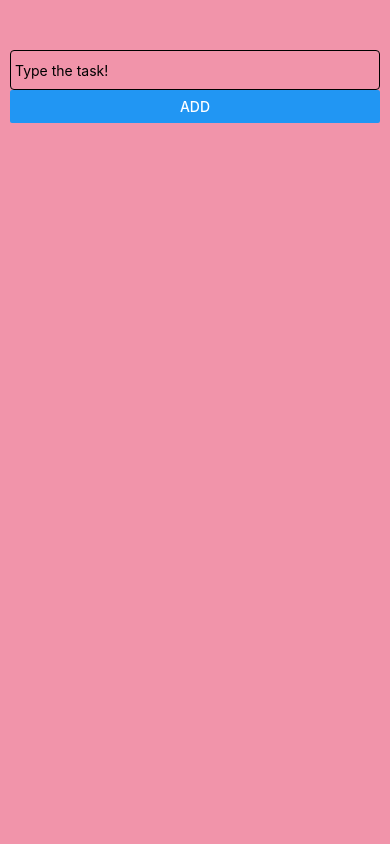
Repository: md-ateeq/ToDoApp
Screen: /
The author's editor kept a copy of each file at every save. The screen is drawn from the files as they stood at one save, then again after the next save.
The app was drawn by React Native's web renderer in a window 390 px wide. The project was rebuilt for these pictures with package versions that can differ from the ones it lists, and the page was loaded fresh each time.

Above is the screen before, as saved 2019-09-20 18:25:55.

After the next save:
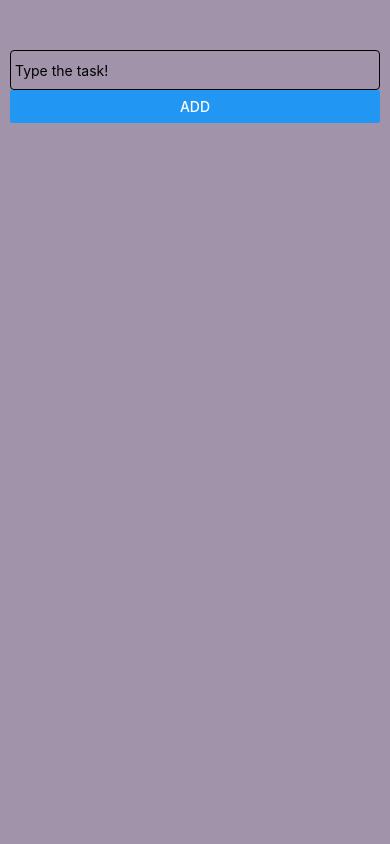
Saved 4 s later.
--- a/App.js
+++ b/App.js
@@ -29,7 +29,7 @@ export default class createTaskList extends Component {
 
   render() {
     return (
-      <View style={{padding: 10, backgroundColor: '#f194aa', flex: 1}}>
+      <View style={{padding: 10, backgroundColor: '#a194aa', flex: 1}}>
         <TextInput
           style={{height: 40, marginTop: 40, borderWidth: 1, borderRadius: 4, padding: 4}}
           placeholder="Type the task!"
